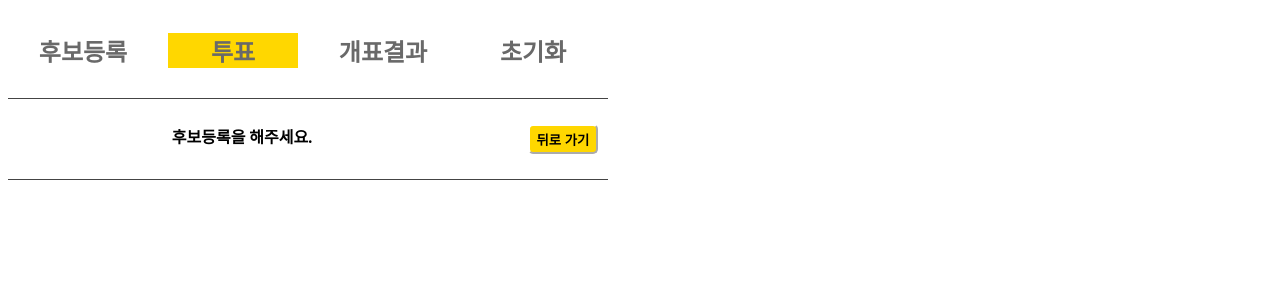
Repository: noheul1030/KOPO-HTML
Page: http://localhost/Tupyo/Tupyo/B_02_H.jsp
The author's editor kept a copy of each file at every save. The page is drawn from the files as they stood at one save, then again after the next save.
The browser window is 1280 px wide. The pictures show the whole page.
The page is served by Tomcat 9. Queries for data that is not in the repository find no rows.

Above is the page before, as saved 2023-06-04 15:12:44.

After the next save:
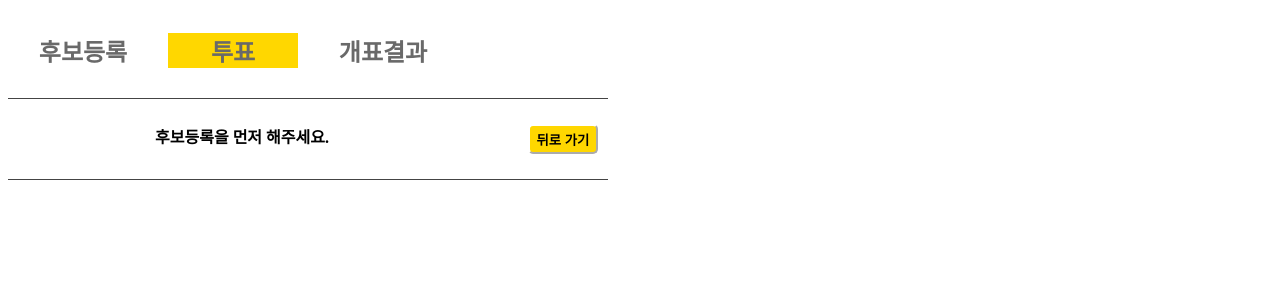
Saved 10 s later.
--- a/Tupyo/src/main/webapp/Tupyo/B_02_H.jsp
+++ b/Tupyo/src/main/webapp/Tupyo/B_02_H.jsp
@@ -66,54 +66,59 @@
 <%
 		// DB연동
         Class.forName("com.mysql.jdbc.Driver");
-		//Connection conn = DriverManager.getConnection("jdbc:mysql://192.168.23.60:3307/kopo11","root","shdmf1030@");
-		Connection conn = DriverManager.getConnection("jdbc:mysql://localhost:3306/noheul","root","shdmf1030@");
+		Connection conn = DriverManager.getConnection("jdbc:mysql://192.168.23.60:3307/kopo11","root","shdmf1030@");
+		//Connection conn = DriverManager.getConnection("jdbc:mysql://localhost:3306/noheul","root","shdmf1030@");s
         Statement stmt = conn.createStatement();
 
-
+		// 전달 받는 값의 인코딩을 utf-8로 설정
         request.setCharacterEncoding("utf-8");
         // null값 체크
         int Nullcheck = request.getParameter("choice") != null ? 1 : 0;
-        String hubo = "";
-        String age = "";
+        String hubo = ""; // 변수 선언
+        String age = ""; // 변수 선언
 
+        // 해당 변수의 값이 1과 같으면
         if(Nullcheck == 1){
-	        hubo = request.getParameter("choice");
-	        age = request.getParameter("age");
-
+	        hubo = request.getParameter("choice"); // 변수에 전달 값 저장
+	        age = request.getParameter("age"); // 변수에 전달 값 저장
+         	// 전달 받은 값을 추가해 넣는 쿼리 실행
         	stmt.execute("insert into TupyoDB (hubo, age) values ('" + hubo + "','" + age + "')");
         }
 
         // 전체 후보 수 조회
-        ResultSet huboCNT = stmt.executeQuery("select count(*) from huboDB");
-        String cnt = "";
+        ResultSet huboCNT = stmt.executeQuery("select count(*) from HuboDB");
+        String cnt = ""; // 변수 선언
         while(huboCNT.next()){
-        	cnt = huboCNT.getString(1);
+        	cnt = huboCNT.getString(1); // get1 번째 값을 변수에 저장
         }
+        // 후보,득표수,득표율을 계산하여 보여주는 쿼리문 작성
         String TupyoTotalQuery = String.format("SELECT hubo AS 후보,count(hubo)-1 as 득표수,(count(hubo)-1) / (SELECT COUNT(*)-%s FROM TupyoDB) * 100 AS 득표율 FROM TupyoDB GROUP BY hubo;",cnt);
-        ResultSet rset = stmt.executeQuery(TupyoTotalQuery);
+        ResultSet rset = stmt.executeQuery(TupyoTotalQuery); // 쿼리문 실행
 %>
+		<!-- form 태그 -->
 		<form method = 'post'>
 		<table>
-    		<tr>
+    		<tr> <!-- 각 해당 셀 스타일 적용, 각각의 메뉴에 대한 링크 연결 -->
     			<td width = 25%><a align = center id="update" href="A_01_H.jsp" target="content"><h2>후보등록</h2></a></td>
     			<td width = 25%><a align = center id="vote" href="B_01_H.jsp" target="content"><h2 class="check">투표</h2></a></td>
     			<td width = 25%><a align = center id="result" href="C_01_H.jsp" target="content"><h2>개표결과</h2></a></td>
-    			<td width = 25%><a align = center id="result" href="D_01_H.jsp" target="content"><h2>초기화</h2></a></td>
+    			<td></td>
     		</tr>
 		</form>
 		</table>
-
+		<!-- form 태그 -->
 		<form method = 'post'>
 		<table>
 			<tr>
-<%			if(Nullcheck == 1){ %>
+<%			if(Nullcheck == 1){ %>	<!-- 변수의 값이 1과 같을 때 -->
+			<!-- 좌우5칸 합병, h4크기 text 작성 -->
 			<td colspan="5"><h4>투표 결과 : 투표 완료 하였습니다.</h4></td>
 <%			}
-			if(cnt.equals("0")){ %>
-			<td colspan="5"><h4>후보등록을 해주세요.</h4></td>
+			if(cnt.equals("0")){ %> <!-- 변수의 값이 0과 같을 때 -->
+			<!-- 좌우5칸 합병, h4크기 text 작성 -->
+			<td colspan="5"><h4>후보등록을 먼저 해주세요.</h4></td>
 <%			}%>
-
+				<!-- 뒤로 가기 클릭 시 B_01_H.jsp으로 이동 -->
 				<td align = right width = 22%>
 				<input class="fourth" type="submit" value="뒤로 가기" style="width: 70px; height: 30px; padding: 0px;font-weight: bold;" formaction = 'B_01_H.jsp'></td>
 			</tr>
@@ -121,12 +126,12 @@
 		</table>
 
 		<table>
-<%
+<%			// 후보, 득표수, 득표율 값을 넣어 보여주는 반복문
 			while (rset.next()){
 %>
 	     		<tr class="tr">
 	     			<td width =15%><strong>후보 :</strong></td>
-
+	     			<!-- key값을 해당 링크로 전달한다. -->
 	     			<td align = left width = 20% ><p align=center><a href = 'oneviewDB.jsp?key=<%=rset.getString(1)%>'><%=rset.getString(1)%></a></p></td>
 
 					<td width= 15% ><strong>득표수 :</strong></td>
